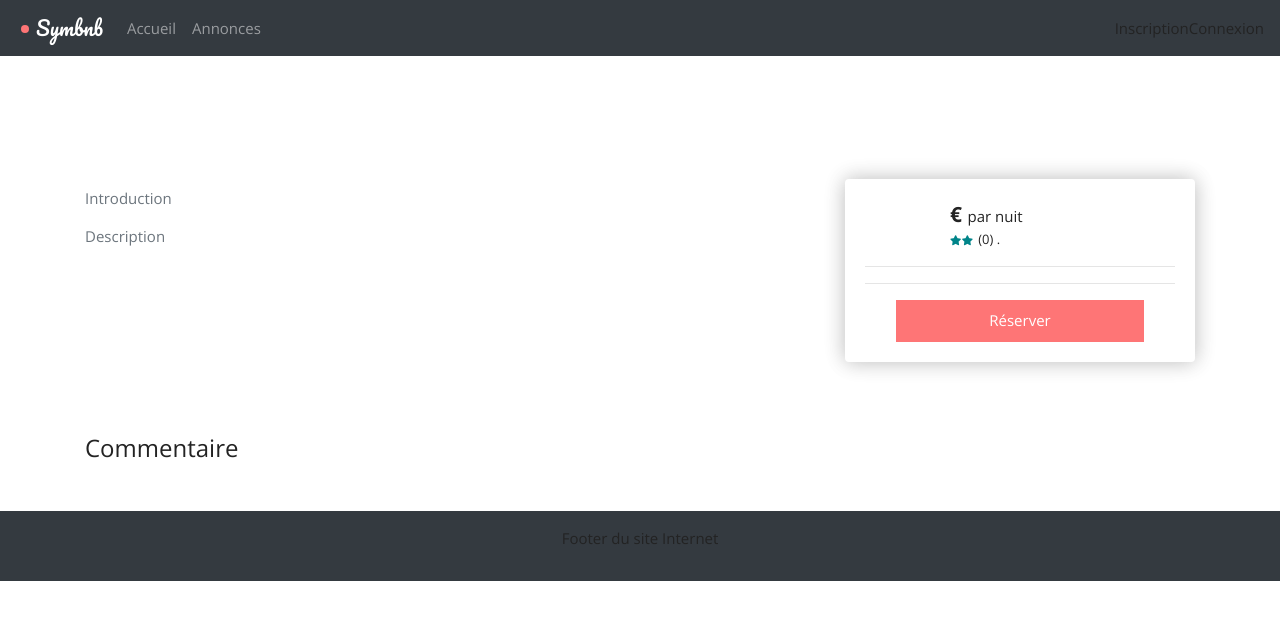
Repository: buzzEclair/symbnb
Page: templates/ad/show.html.twig
The author's editor kept a copy of each file at every save. The page is drawn from the files as they stood at one save, then again after the next save.
The browser window is 1280 px wide. The pictures show the whole page.
The page is a Twig template of a Symfony application; nobody is signed in and links lead nowhere. The template is opened directly, without the code that normally fills it, so the values that code supplies are empty.

Above is the page before, as saved 2019-03-15 13:37:13.

### templates/ad/show.html.twig
{% extends 'base.html.twig' %}

{% block title %}{{ad.title}}{% endblock %}

{% block body %}

<div class="container">
    <div class="row">
        <div class="col-12 img-ad">
            <img src="{{ad.coverImage}}" alt="{{ad.slug}}">
        </div>
    </div>
    <div class="row ad-content">
        <div class="col-8 ad-info">
           <h5>{{ad.place}}</h5>
           <h4>{{ad.title}}</h4>
           <h6>{{ad.city}}</h6>
           <p class="text-muted">Introduction</p>
           <p>{{ad.content | raw}}</p>
           <p class="text-muted">Description</p>
           <p>{{ad.content | raw}}</p>
        </div>
        <div class="col-4">
            <div class="card card-booking">
                <div class="card-body">
                    <div class="row">
                        <div class="col-3 align-self-center">
                            <img class="img-ad-user" src="{{ad.author.picture}}" alt="">
                        </div>
                        <div class="col-8">
                            <div class="row">
                                <div class="col-12">
                                    <span class="price-booking">{{ad.price}}&euro; </span>par nuit
                                </div>
                            </div>
                            <a href="{{path('user_show', {'slug' : ad.author.slug})}}">
                                <div class="row">
                                    <div class="col-12 card-booking-stars">

                                        <span class="param-booking-stars">
                                            {% for i in 1..ad.avgRatings %}
                                                <i class="fas fa-star"></i>
                                            {% endfor %}

                                        </span>
                                        <span class="card-parameter-vote">({{ ad.comments | length }})</span> . <span class="card-parameter-rank">{{ad.author.slug}}</span>
                                    </div>
                                </div>
                            </a>
                        </div>
                    </div>
                    <hr />
                    <p>{{ad.author.description}}</p>
                    <hr/>
                    <div class="row">
                        <div class="col-12 center-block" align="center">

                            <a href="{{ path('booking_create', {'slug' : ad.slug}) }}" class="btn-booking">Réserver</a>
                        </div>
                    </div>
                </div>
            </div>
            <div id="carouselExampleIndicators" class="carousel slide w-100" data-ride="carousel">
                    <ol class="carousel-indicators">
                        {% for image in ad.images %}
                         <li data-target="#carouselExampleIndicators" data-slide-to="{{ loop.index0 }}" {% if loop.first %}class="active"{% endif %}></li>
                        {% endfor %}
                    </ol>
                    <div class="carousel-inner">
                        {% for image in ad.images %}
                            <div class="carousel-item {% if loop.first %}active{% endif %}">
                                <img class="d-block w-100" src="{{ image.url }}" alt="First slide">
                                <div class="carousel-caption d-none d-md-block">
                                    <h5>{{ ad.title }}</h5>
                                    <p>{{ image.caption }}</p>
                                </div>
                            </div>
                        {% endfor %}
                    </div>
                    <a class="carousel-control-prev" href="#carouselExampleIndicators" role="button" data-slide="prev">
                        <span class="carousel-control-prev-icon" aria-hidden="true"></span>
                        <span class="sr-only">Previous</span>
                    </a>
                    <a class="carousel-control-next" href="#carouselExampleIndicators" role="button" data-slide="next">
                        <span class="carousel-control-next-icon" aria-hidden="true"></span>
                        <span class="sr-only">Next</span>
                    </a>
            </div>
        </div>
    </div>

    <br>

    <h4>Commentaire </h4>
    {% for comments in comment %}
        <div class="media media-comment">
            <img class="mr-3 rounded-circle" src="{{comments.author.picture}}" alt="{comments.author.slug}}">
            <div class="media-body">
                <h5 class="mt-0">{{comments.author.firstName}} a laissé un commentaire le {{comments.createdAt|date("m/d/Y")}} et une note de {% for i in 1..comments.rating %}
                        <i class="fas fa-star"></i>
                    {% endfor %}</h5>
                {{comments.content}}
            </div>
        </div>
    {% endfor %}

</div>



{% endblock %}

### templates/base.html.twig
<!DOCTYPE html>
<html>
    <head>
        <meta charset="UTF-8">
        <title>{% block title %}Welcome!{% endblock %}</title>
        <link rel="stylesheet" href="/css/bootstrap.min.css">
        <link rel="stylesheet" href="https://use.fontawesome.com/releases/v5.7.2/css/all.css" integrity="sha384-fnmOCqbTlWIlj8LyTjo7mOUStjsKC4pOpQbqyi7RrhN7udi9RwhKkMHpvLbHG9Sr" crossorigin="anonymous">
        <link href="https://fonts.googleapis.com/css?family=Open+Sans:400,600,700" rel="stylesheet">
        <link href="https://fonts.googleapis.com/css?family=Pacifico" rel="stylesheet">

        <link rel="stylesheet" href="/css/base.css">
        {% block stylesheets %}{% endblock %}
    </head>
    <body>

        {% include 'partials/header.html.twig' %}


        {% block body %}{% endblock %}
        {% include 'partials/footer.html.twig' %}
        <script src="/js/jquery.min.js"></script>
        <script src="/js/popper.min.js"></script>
        <script src="/js/bootstrap.min.js"></script>
        {% block javascripts %}{% endblock %}
    </body>
</html>

### templates/partials/header.html.twig
<nav class="navbar navbar-expand-md navbar-dark bg-dark">
    <a class="navbar-brand logo" href="{{path('homepage')}}"><span class="round-logo"></span>Symbnb</a>


    {% if is_granted('ROLE_ADMIN') %}
    <a href="{{path('admin_dashboard')}}">Dashboard</a>
    {% endif %}
    <button class="navbar-toggler" type="button" data-toggle="collapse" data-target="#navbarColor01" aria-controls="navbarColor01" aria-expanded="false" aria-label="Toggle navigation">
        <span class="navbar-toggler-icon"></span>
    </button>

    <div class="collapse navbar-collapse" id="navbarColor01">
        <ul class="navbar-nav mr-auto">
            <li class="">
                <a class="nav-link" href="{{path('homepage')}}">Accueil </a>
            </li>
            <li class="">
                <a class="nav-link" href="{{path('ads_index')}}">Annonces </a>
            </li>
        </ul>

        <ul class="navbar-nav ml-auto">
            {% if app.user %}
            <div class="dropdown">
                <button class="btn btn-dark dropdown-toggle btn-sm" type="button" id="dropdownMenuButton" data-toggle="dropdown" aria-haspopup="true" aria-expanded="false">
                    <img src="{{ app.user.picture }}" alt="{{ app.user.slug }}" class="rounded-circle user-avatar-nav" > {{app.user.firstName}}
                </button>
                <div class="dropdown-menu dropdown-menu-right dropdown-account" aria-labelledby="dropdownMenuButton ">
                    <a class="dropdown-item" href="{{ path('account_index') }}"><i class="fas fa-user-circle"></i> Mon compte</a>
                    <div class="dropdown-divider"></div>
                    <a class="dropdown-item" href="{{ path('ads_create') }}"><i class="fas fa-list-alt"></i> Créer une annonce</a>
                    <a class="dropdown-item" href="{{ path('account_bookings') }}"><i class="fas fa-book"></i> Mes réservations</a>
                    <a class="dropdown-item" href="{{ path('account_profile') }}"><i class="fas fa-info-circle"></i> Modifier mes informations</a>
                    <a class="dropdown-item" href="{{ path('account_update_password') }}"><i class="fas fa-key"></i> Changer de mot de passe</a>

                    <div class="dropdown-divider"></div>
                    <a class="dropdown-item" href="{{ path('account_logout') }}"><i class="fas fa-times-circle"></i> Logout</a>
                </div>
            </div>
            {% else %}
                <li class="nav-item">
                    <a href="{{ path('account_register') }}">Inscription</a>
                </li>
                <li class="nav-item">
                    <a href="{{ path('account_login') }}">Connexion</a>
                </li>
            {% endif %}

        </ul>

    </div>
</nav>

{% for label, messages in app.flashes %}
    <div class="container">
        <div class="alert alert-{{label}}">
            {% for message in messages %}
                <p>{{ message | raw }}</p>
            {% endfor %}
        </div>
    </div>
{% endfor %}

### templates/partials/footer.html.twig
<footer class="mt-5 bg-dark py-3 text-center mt-5">
    <p>Footer du site Internet</p>
</footer>

### public/css/base.css
body, a{
    color: #232323;
    font-family: 'Open Sans', sans-serif;
    font-size: 15px;
}

.logo{
    font-family: 'Pacifico', cursive;
    font-size: 20px;
    position: relative;
    margin-left: 20px;
}

.logo::before{
    content: '';
    position: absolute;
    width: 8px;
    height: 8px;
    border-radius: 100%;
    background: #fe7576;
    margin-top: 12px;
    margin-left: -15px;;
}

ul{
    padding: 0;
}

ul li{
    list-style: none;
}
.card-parameter-stars i{
    color: #008489;
    font-size: 12px;
    letter-spacing: -3px;
}

.datepicker table tr td.disabled{
    color: crimson !important;
    background: rgba(0, 0, 0, 0.815);
}

.container{
    margin-top: 50px;
}

.card{
    max-width: 270px;
    border: none;
    margin-bottom: 50px;
    box-shadow: 1px 1px 21px 0 rgba(0,0,0,0.14), -1px -1px 21px 0 rgba(0,0,0,0.14);
    transition-duration: 0.5s;
}

.card h6{
   font-size: 13px;
   font-weight: 600;
}

.card h5{
   font-size: 15px;
   font-weight: 900;
}

.card-ad img{
    min-height: 160px;
}

.card:hover{
    box-shadow: 1px 1px 21px rgba(254,117,118,0.4), -1px -1px 21px 0 rgba(254,117,118,0.4);
}

.card-info-1{
    font-size: 13px;
}

.card-info-2{
    font-size: 13px;
    font-weight: 600;
    margin-bottom: 0;
}

a:hover{
    text-decoration: none;
    color: #232323;
}

.title-page-header{
    margin-bottom: 40px;
}

.user-avatar-nav{
    width: 30px;
    margin-right: 5px;
}

.dropdown-account i {
    color: #008489;
}

.block-profile{
    box-shadow: 1px 1px 21px 0 rgba(0, 0, 0, 0.062), -1px -1px 21px 0 rgba(0, 0, 0, 0.062);
    border-radius: 4px;
    padding: 10px;
    margin-bottom: 30px;
}

.block-profile p{
    margin-bottom: 5px;
}

.block-profile .booking-profile .booking-profile-ligne{
    background: #f3f3f3;
    height: 80px;
    width: 100%;
    border-radius: 4px;
    display: flex;
    align-items: center;
    margin-bottom: 5px;
    margin-top: 5px;
}

.block-profile .booking-profile .booking-profile-ligne img{
    width: 60px;
    height: 60px;
    border-radius: 100%;
}

.block-profile .booking-profile .booking-profile-ligne .info-booking-profile{
    font-size: 11px;
    display: flex;
    flex-direction: column;
}

.block-profile .booking-profile .booking-profile-ligne .info-booking-profile span{
    margin-left: 10px;
}

.block-profile .booking-profile .booking-profile-ligne .info-booking-profile a{
    font-size: 10px;
    background: #fe7576;
    color: white;
}

.block-profile .ad-profile a img{
    width: 100px;
    height: 100px;
    border-radius: 100%;

}
.block-profile .ad-profile p{
    font-size: 13px;
    color: #008489;
}

.profile-option li{
    margin-top: 20px;
    font-size: 12px;
}

.ad-content{
    margin-top: 50px;
}

.ad-info h5{
    font-size: 15px;
    font-weight: 600;
}

.ad-info h4{
    font-size: 25px;
    font-weight: 900;
}

.ad-info h6{
    font-size: 15px;
}

.img-ad{
    padding:0;
}

.img-ad img{
   width: 100%;
}

.card-booking{
    max-width: 100%;
}

.card-booking .img-ad-user{
    height: 45px;
    border-radius: 100%;
}

span.price-booking{
    font-size: 21px;
    font-weight: 900;
}

.card-booking-stars{
    font-size: 13px;
}
.card-booking-stars .param-booking-stars i{
    color: #008489;
    font-size: 10px;
    letter-spacing: -3px;
}

.card-booking .card-parameter-vote{
    margin-left: 5px;
}

.btn-booking{
    display: block;
    background: #fe7576;
    height: 42px;
    width: 80%;
    color: white;
    text-align: center;
    line-height: 40px;
}

.btn-booking:hover{
    color: white;
}
.media-comment{
    margin-bottom: 20px;
}
.media-comment img{
    width: 64px;
}

.media-comment h5{
    font-size: 15px;
}

.media-comment i{
    font-size: 11px;
    letter-spacing: -3px;
    color: #008489;
}

Loaded but not shown: public/css/bootstrap.min.css (library); public/js/jquery.min.js (library); public/js/popper.min.js (library); public/js/bootstrap.min.js (library)

After the next save:
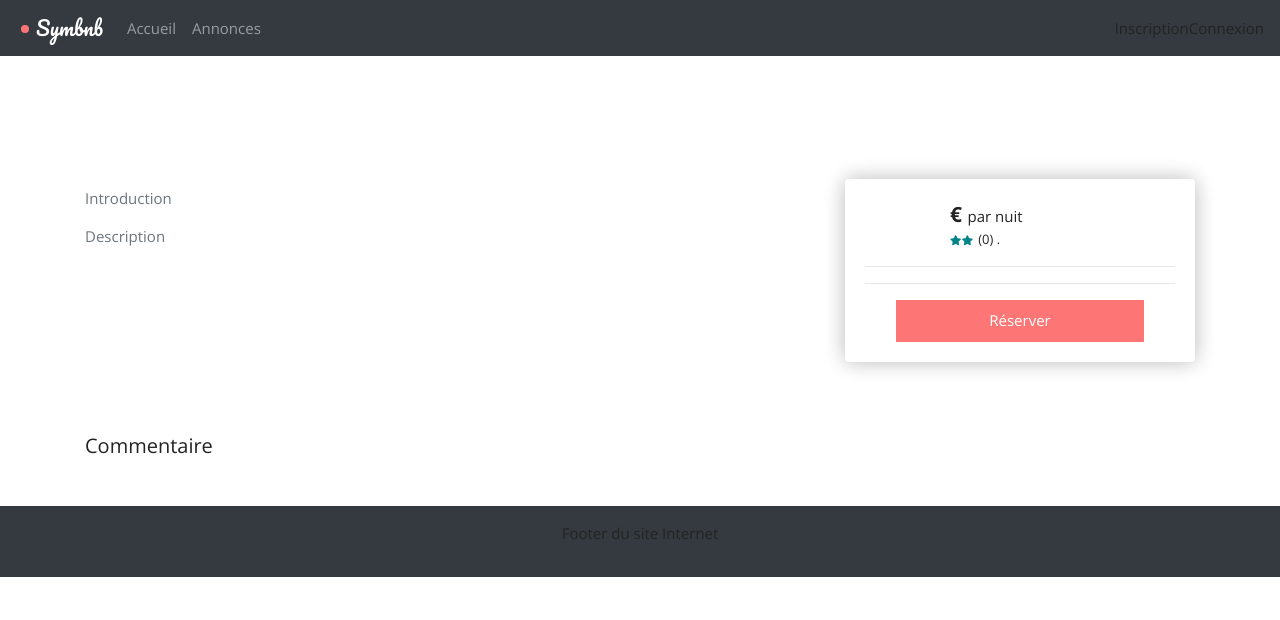
Saved 25 s later.
--- a/templates/ad/show.html.twig
+++ b/templates/ad/show.html.twig
@@ -91,7 +91,7 @@
 
     <br>
 
-    <h4>Commentaire </h4>
+    <h5>Commentaire </h5>
     {% for comments in comment %}
         <div class="media media-comment">
             <img class="mr-3 rounded-circle" src="{{comments.author.picture}}" alt="{comments.author.slug}}">
